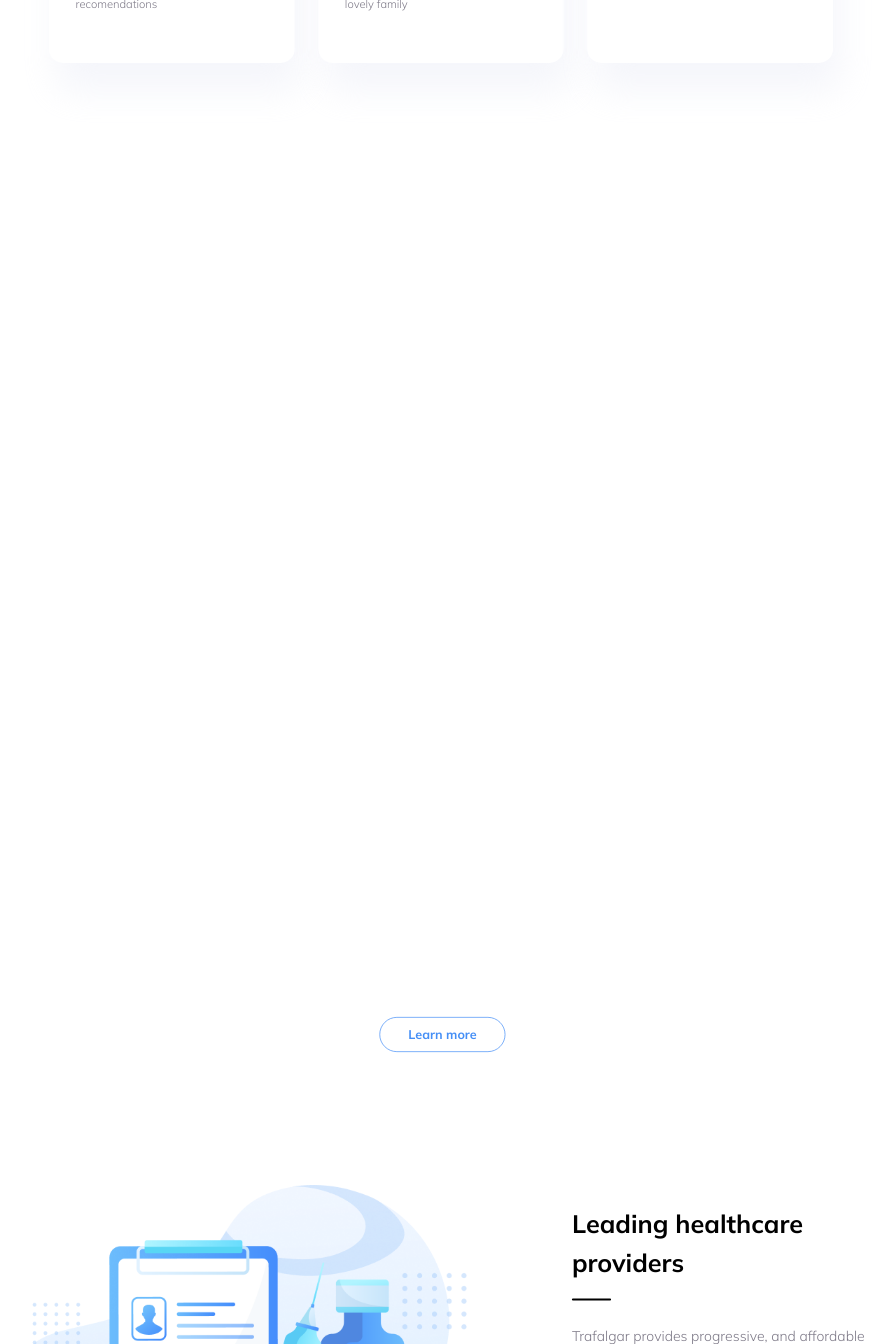
Repository: tungcutte35/Trafalgar
Page: index.html
An editor plug-in stored every save of this project. The page is shown before and after a run of saves, followed by the edit.
The browser window is 1280 px wide. The pictures show the part of the page from y = 1797 to 3717 px (the page is 5584 px tall before and 4381 px after), at 70% of full size.
The style sheet was rebuilt from its Sass, Less or Tailwind sources for each picture, by a compiler version that may differ from the author's.

Above is the page before, as saved 2021-10-19 15:14:28.

### index.html
<!DOCTYPE html>
<html lang="en">
<head>
  <meta charset="UTF-8">
  <meta http-equiv="X-UA-Compatible" content="IE=edge">
  <meta name="viewport" content="width=device-width, initial-scale=1.0">
  <title>Trafalgar</title>
  <link rel="stylesheet" href="./sass/css/app.css">
  <link rel="preconnect" href="https://fonts.googleapis.com">
  <link rel="preconnect" href="https://fonts.gstatic.com" crossorigin>
  <link href="https://fonts.googleapis.com/css2?family=Mulish:wght@300;400;700&display=swap" rel="stylesheet">
 <link rel="stylesheet" href="./font/fontawesome-free-5.15.4-web/css/all.min.css">
</head>
<body>
  <div class="wrapper">
    <header class="header">
    <div class="container">
      <div class="header-main">
        <img srcset="./Images/logo.png 2x" alt="" class="header-img">
        <ul class="menu">
          <li class="menu-item">
            <a href="#" class="menu-link menu-firsd">Home</a>
          </li>
          <li class="menu-item">
            <a href="#" class="menu-link">Find a doctor</a>
          </li>
          <li class="menu-item">
            <a href="#" class="menu-link">Apps</a>
          </li>
          <li class="menu-item">
            <a href="#" class="menu-link">Testimonials</a>
          </li>
          <li class="menu-item">
            <a href="#" class="menu-link">About us</a>
          </li>
          <li class="menu-log">
            <a href="#" class="button button--outline ">Login</a>
          </li>
          <li class="menu-log">
            <a href="#" class="button button--primary ">Logup</a>
          </li>
        </ul>
      </div>
    </div>
    </header>
    <section class="virtual">
      <div class="container">
        <div class="virtual-main">
          <div class="virtual-firsd">
            <h2 class="virtual-heading">Virtual
              for you</h2>
            <p class="text virtual-content">Trafalgar provides progressive, and affordable healthcare, accessible on mobile and online for everyone</p>
            <a href="#" class="button button--primary">Consult today</a>
          </div>
          <div class="virtual-img">
            <img srcset="./Images/img1.png 2x" alt="" class="virtual-imgs">
          </div>
        </div>
      </div>
    </section>
    <secction class="sevices">
      <div class="container">
        <div class="sevices-header">
          <h3 class="heading sevices-heading">Our services</h3>
          <p class="text sevices-content">We provide to you the best choiches for you. Adjust it to your health needs and make sure your undergo treatment with our highly qualified doctors you can consult with us which type of service is suitable for your health</p>
        </div>
        <div class="sevices-main">
          <div class="sevices-item">
            <div class="sevices-price">
            <img class="sevices-img" srcset="./Images/icon1.png 2x" alt="">
            </div>
            <h4 class="heading sevices-title">Search doctor</h4>
            <p class="text sevices-desc">Choose your doctor from thousands of specialist, general, and trusted hospitals</p>
          </div>
          <div class="sevices-item">
            <div class="sevices-price">
            <img class="sevices-img" srcset="./Images/icon2.png 2x" alt="">
            </div>
            <h4 class="heading sevices-title">Online pharmacy</h4>
            <p class="sevices-desc">Buy  your medicines with our mobile application with a simple delivery system</p>
          </div>
          <div class="sevices-item">
            <div class="sevices-price">
            <img class="text sevices-img" srcset="./Images/icon3.png 2x" alt="">
            </div>
            <h4 class="heading sevices-title">Consultation</h4>
            <p class="sevices-desc">Free consultation with our trusted doctors and get the best recomendations</p>
          </div>
          <div class="sevices-item">
            <div class="sevices-price">
            <img class="sevices-img" srcset="./Images/icon4.png 2x" alt="">
            </div>
            <h4 class="heading sevices-title">Details info</h4>
            <p class="text sevices-desc">Free consultation with our trusted doctors and get the best recomendations</p>
          </div>
          <div class="sevices-item">
            <div class="sevices-price">
            <img class="sevices-img" srcset="./Images/icon5.png 2x" alt="">
            </div>
            <h4 class="heading sevices-title">Emergency care</h4>
            <p class="text sevices-desc">You can get 24/7 urgent care for yourself or your children and your lovely family</p>
          </div>
          <div class="sevices-item">
            <div class="sevices-price">
            <img class="sevices-img" srcset="./Images/icon6.png 2x" alt="">
            </div>
            <h4 class="heading sevices-title">Tracking</h4>
            <p class="text sevices-desc">Track and save your medical history and health data </p>
          </div>
        </div>
        <a href="" class="button button--outline sevices-more">Learn more</a>
      </div>
    </secction>
    <section class="lead">
      <div class="container">
        <div class="lead-main">
          <div class="lead-img">
            <img srcset="./Images/img2.png 2x" alt="">
          </div>
          <div class="lead-firsd">
            <h3 class="heading lead-heading">
              Leading healthcare providers
            </h3>
          <div class="lead-title">
            <p class="text lead-content">
              Trafalgar provides progressive, and affordable healthcare, accessible on mobile and online for everyone. To us, it’s not just work. We take pride in the solutions we deliver
            </p>
          </div>
            <a href="#" class="button button--outline">Learn more</a>
          </div>


        </div>
      </div>
    </section>
    <section class="download">
      <div class="container">
        <div class="download-main">
          <div class="dowload-firds">
            <h3 class="heading download-heading">
              Download our mobile apps
            </h3>
            <p class="text download-content">
              Our dedicated patient engagement app and web portal allow you to access information instantaneously (no tedeous form, long calls, or administrative hassle) and securely
            </p>
            <a href="#" class="button button--outline">
              <span>Download</span>
              <img class="download-icon" src="./Images/Bottom.svg" alt="">
            </a>
          </div>
          <img srcset="./Images/img3.png 2x" alt="" class="download-img">
        </div>
      </div>
    </section>
    <section class="customer">
      <div class="container">
        <div class="customer-main">
          <div class="customer-firds">
            <h3 class="heading customer-heading">
              What our customer are saying
            </h3>
          </div>
          <div class="customer-seconds">
            <div class="customer-highlight">
              <img class="customer-img" srcset="./Images/avt.png 2x" alt="">
              <div class="customer-name">
                <p class="heading customer-name-firsd">Edward</p>
                <p class="customer-name-seconds">
                  Founder Circle
                </p>
              </div>
            </div>
            <div class="customer-contents">
              <p class="customer-content">
                “Our dedicated patient engagement app and web portal allow you to access information instantaneously (no tedeous form, long calls, or administrative hassle) and securely”
              </p>
            </div>
          </div>
        </div>
      </div>
    </section>
  </div>
<!-- sass app.scss css/app.css --watch -->

</body>
</html>

### sass/app.scss
@import "reset";
@import "variables";
@import "global";
@import "header";
@import "./menu";
@import "./virtual";
@import "./sevices";
@import "./lead";
@import "./download";
@import "./customer";

### sass/_variables.scss
$font: "Mulish", sans-serif;
$gray: #1f1534;
$heading-color: #000000;
$primary-color: #458ff6;
$footer-color: #fff;
$text-color: #7d7987;

### sass/_global.scss
.wrapper {
  max-width: 1600px;
  margin: 0 auto;
}
.container {
  max-width: 1260px;
  margin: 0 auto;
  padding: 0 20px;
}
body {
  font-family: $font;
  line-height: 1;
  font-size: 16px;
  color: $gray;
}
ul {
  list-style-type: none;
}
.button {
  display: inline-flex;
  justify-content: center;
  align-items: center;
  font-size: 18px;
  font-weight: 700;
  height: 50px;
  padding: 0 40px;
  border-radius: 55px;
  background-color: transparent;
  border: 0;
  outline: none;
  cursor: pointer;
  &--primary {
    color: #fff;
    background-color: $primary-color;
  }
  &--outline {
    color: $primary-color;
    border: 1.4px solid $primary-color;
  }
}
.heading {
  color: black;
  font-weight: 700;
}
.text {
  font-size: 18px;
  font-weight: 300;
  color: $text-color;
  line-height: calc(30 / 18);
}

### sass/_header.scss
.header {
  padding-top: 56px;
  margin-bottom: 70px;
  &-main {
    display: flex;
    justify-content: space-between;
    align-items: center;
  }
  &-log {
    display: flex;
    justify-content: space-between;
    align-items: center;
    gap: 0 40px;
  }
}

### sass/_menu.scss
.menu {
  display: flex;
  align-items: center;
  gap: 0 30px;
  &-link {
    color: #8f8a9a;
    font-size: 18px;
  }
  &-firsd {
    color: $gray;
    font-weight: 700;
  }
  &-link:after {
    display: block;
    content: "";
    border-bottom: solid 2px $primary-color;
    transform: scaleX(0);
    transition: transform 250ms ease-in-out;
  }
  &-link:hover:after {
    transform: scaleX(1);
  }
  &-link:hover {
    color: $primary-color;
  }
}

### sass/_virtual.scss
.virtual {
  margin-bottom: 175px;
  &-main {
    display: flex;
    justify-content: space-between;
    align-items: center;
  }
  &-firsd {
    width: 100%;
    max-width: 445px;
    padding-right: 2px;
  }
  &-heading {
    font-size: 48px;
    width: 100%;
    max-width: 197px;
    line-height: calc(56 / 48);
    margin-bottom: 25px;
  }
  &-content {
    font-size: 21px;
    font-weight: 300;
    line-height: calc(32 / 21);
    margin-bottom: 45px;
  }
}

### sass/_sevices.scss
.sevices {
  &-header {
    max-width: 952px;
    margin: 0 auto 35px;
    text-align: center;
  }
  &-heading {
    font-size: 36px;
    line-height: calc(56 / 36);
    position: relative;
    &::after {
      content: "";
      position: absolute;
      bottom: -23px;
      left: 47%;
      width: 56px;
      height: 2px;
      background-color: black;
    }
  }
  &-content {
    display: flex;
    align-items: center;
    justify-content: center;
    margin-top: 50px;
  }
  &-main {
    display: grid;
    grid-template-columns: repeat(3, 1fr);
    grid-gap: 37px 34px;
    max-width: 1120px;
    margin: 35px 40px;
    position: relative;
  }
  &-item {
    height: 350px;
    background-color: #fff;
    border-radius: 20px;
    box-shadow: 10px 40px 50px rgba(229, 233, 246, 0.4);
  }
  &-img {
    padding: 54px 0 23px 37px;
  }
  &-title {
    font-size: 24px;
    padding: 0 0 1px 38px;
  }
  &-desc {
    font-size: 16px;
    font-weight: 300;
    line-height: calc(28 / 16);
    max-width: 266px;
    margin-left: 38px;
  }
  &-price {
    height: 170px;
    width: auto;
  }
  &-more {
    margin: 1328px 0 190px 0;
    margin-left: 42%;
  }
}

### sass/_lead.scss
.lead {
  margin-bottom: 230px;
  &-main {
    display: flex;
    justify-content: space-between;
    align-items: center;
    gap: 0 137px;
  }
  &-img {
    width: 100%;
    max-width: 650px;
  }
  &-firsd {
    max-width: 486px;
    margin-top: -30px;
  }
  &-heading {
    font-size: 36px;
    line-height: calc(56 / 36);
    margin-bottom: 60px;
    position: relative;

    &::after {
      content: "";
      position: absolute;
      width: 56px;
      height: 3px;
      bottom: -26px;
      left: 0;
      border-radius: 10px;
      background-color: black;
    }
  }
  &-content {
    max-width: 430px;
    height: auto;
    font-size: 20px;
    line-height: calc(30 / 18);
    margin-bottom: 37px;
  }
}

### sass/_download.scss
.download {
  margin-bottom: 250px;
  margin-left: 62px;
  &-main {
    display: flex;
    justify-content: space-between;
    align-items: center;
    gap: 0 71px;
    width: 100%;
    max-width: 1156px;
    position: relative;
  }
  &-firsd {
    max-width: 420px;
    padding-left: 145px;
  }
  &-heading {
    max-width: 254px;
    font-size: 36px;
    line-height: calc(47 / 36);
    padding-bottom: 66px;
    position: relative;
    &::after {
      content: "";
      position: absolute;
      width: 56px;
      height: 2px;
      bottom: 40px;
      left: 0;
      border-radius: 6px;
      background-color: black;
    }
  }
  &-content {
    max-width: 410px;
    font-size: 20px;
    line-height: calc(30 / 18);
    margin-bottom: 37px;
  }
  &-icon {
    padding-left: 15px;
  }
}

### sass/_customer.scss
.customer {
  margin-bottom: 278px;
  &-main {
    max-width: 1120px;
    margin-left: 40px;
    background: linear-gradient(208.18deg, #67c3f3 9.05%, #5a98f2 76.74%);
    border-radius: 24px;
  }
  &-firds {
    display: flex;
    align-items: center;
    justify-content: center;
  }
  &-heading {
    max-width: 522px;
    font-size: 36px;
    color: white;
    line-height: calc(48 / 36);
    margin-top: 64px;
    position: relative;
    margin-bottom: 93px;
    &::after {
      content: "";
      position: absolute;
      bottom: -25px;
      left: 42%;
      width: 56px;
      height: 2px;
      background-color: white;
      border-radius: 6px;
    }
  }
  &-seconds {
    display: flex;
    justify-content: space-between;
    align-items: center;
    gap: 0 175px;
    margin-left: 192px;
  }
  &-img {
    max-width: 141px;
    height: 141px;
  }
  &-highlight {
    max-width: 119px;
    display: flex;
    align-items: center;
    justify-content: center;
    gap: 0 29px;
    margin-bottom: 79px;
  }

  &-name-firsd {
    font-size: 22px;
    line-height: calc(48 / 22);
    color: white;
  }
  &-name-seconds {
    font-size: 18px;
    font: 400px;
    color: white;
    width: 119px;
  }
  &-content {
    width: 100%;
    max-width: 420px;
    font-size: 20px;
    line-height: calc(30 / 20);
    color: white;
    margin-bottom: 79px;
    margin-right: 110px;
  }
}

Loaded but not shown: font/fontawesome-free-5.15.4-web/css/all.min.css (library); sass/_reset.scss (common file)

After the next 2 saves:
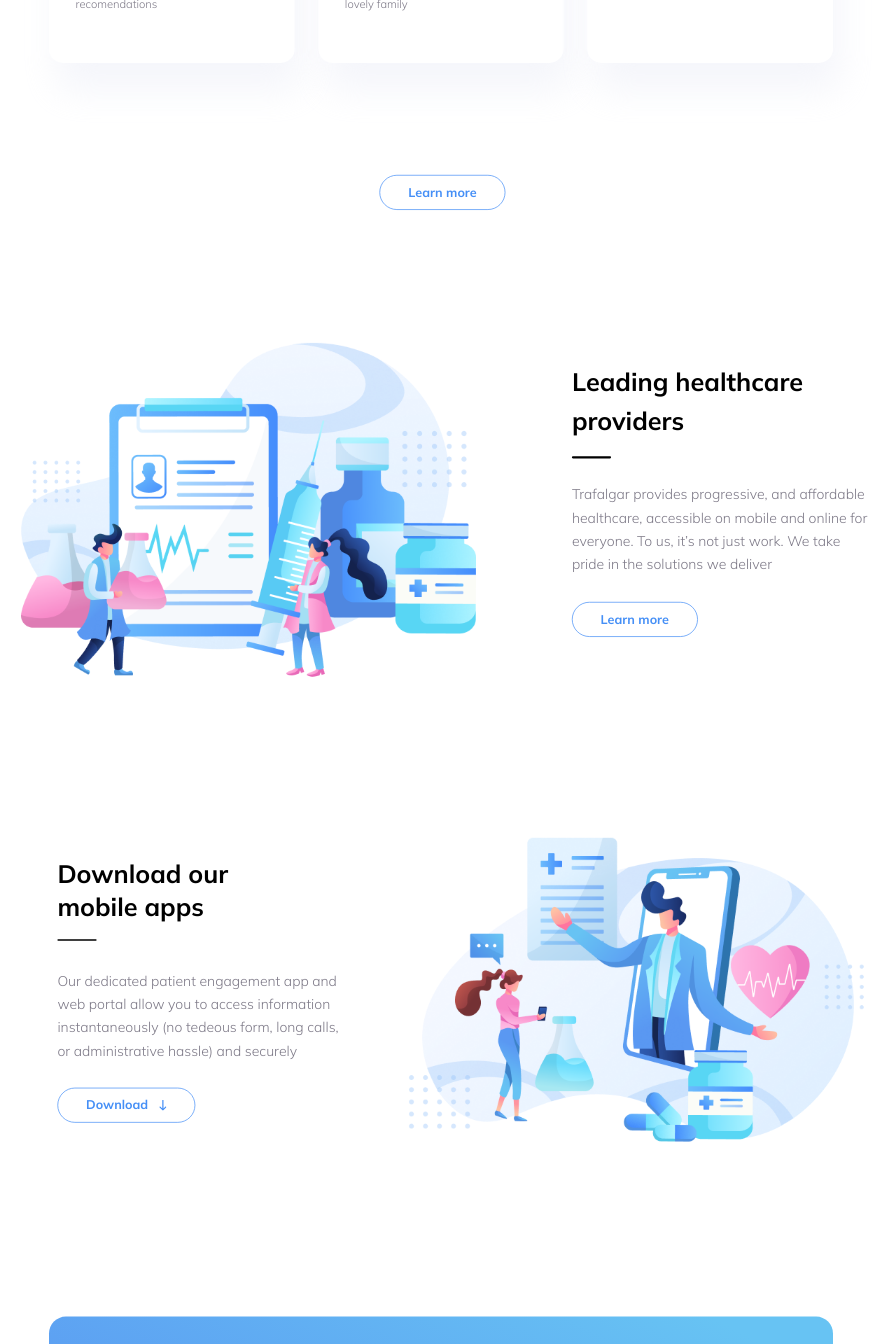
The 2 saves are shown as one change because they came seconds apart.
The last was saved 7 s later.
--- a/sass/_sevices.scss
+++ b/sass/_sevices.scss
@@ -57,7 +57,7 @@
     width: auto;
   }
   &-more {
-    margin: 1328px 0 190px 0;
+    margin: 125px 0 190px 0;
     margin-left: 42%;
   }
 }
